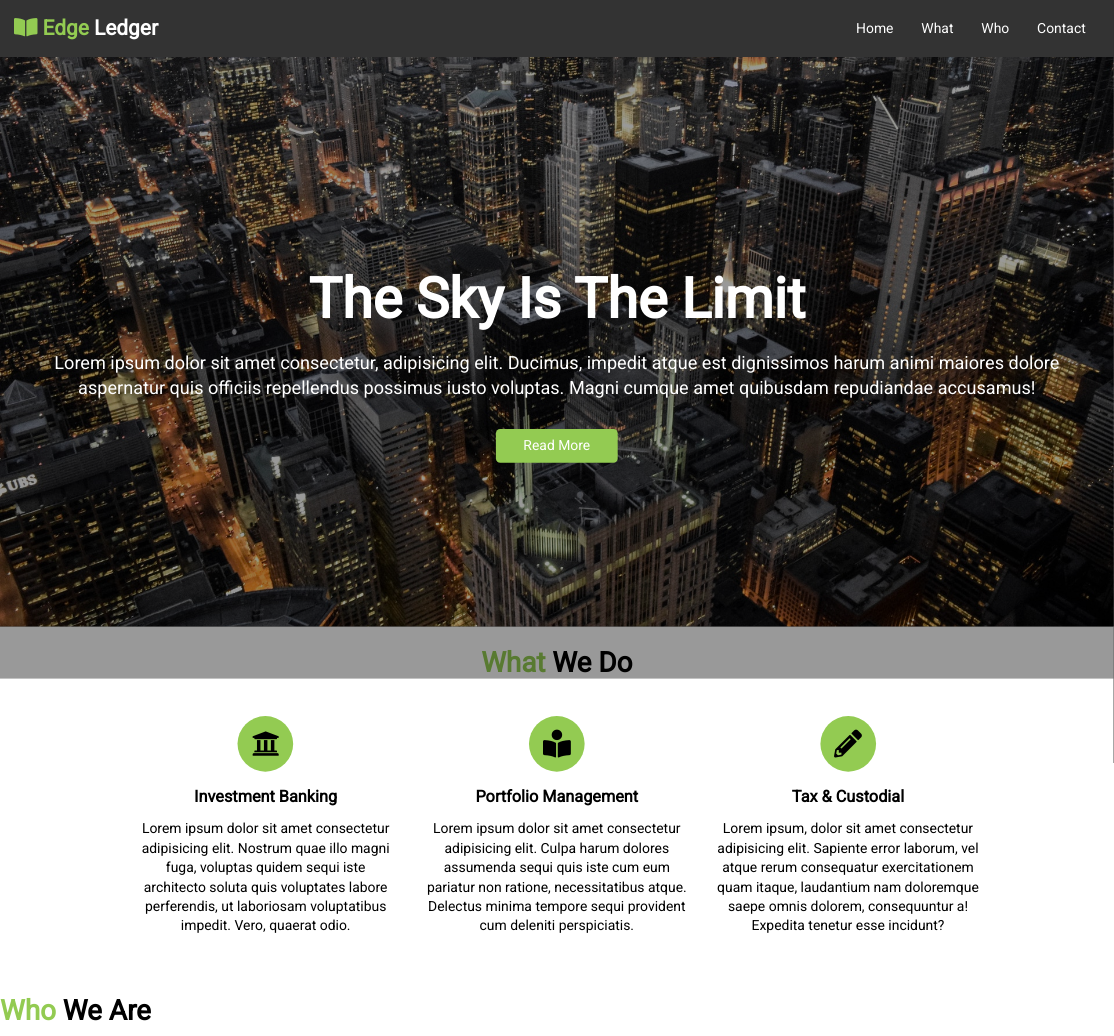
Repository: minhtien9/EdgeLedger-Financial-Web
Page: index.html
An editor plug-in stored every save of this project. The page is shown before and after the next save, followed by the edit.
The browser window is 1280 px wide. The pictures show the whole page, at 87% of full size.

Above is the page before, as saved 2021-08-16 22:29:25.

### index.html
<!DOCTYPE html>
<html lang="en">

<head>
    <meta charset="UTF-8" />
    <meta http-equiv="X-UA-Compatible" content="IE=edge" />
    <meta name="viewport" content="width=device-width, initial-scale=1.0" />
    <link rel="stylesheet" href="https://cdnjs.cloudflare.com/ajax/libs/font-awesome/5.15.4/css/all.min.css" integrity="sha512-1ycn6IcaQQ40/MKBW2W4Rhis/DbILU74C1vSrLJxCq57o941Ym01SwNsOMqvEBFlcgUa6xLiPY/NS5R+E6ztJQ==" crossorigin="anonymous" referrerpolicy="no-referrer"
    />
    <link rel="stylesheet" media="screen and (max-width:768px)" href="css/mobile.css" />
    <link rel="stylesheet" media="screen  and (min-width:1100)" href="css/widescreen.css" />
    <link rel="stylesheet" href="css/style.css" />
    <title>EdgeLedger Financial | Accounting & Investment</title>
</head>

<body id="home">
    <!-- Navbar -->
    <nav id="navbar">
        <h1 class="logo">
            <span class="text-primary"> <i class="fas fa-book-open"></i> Edge </span
        >Ledger
      </h1>
      <ul>
        <li><a href="#home">Home</a></li>
        <li><a href="#what">What</a></li>
        <li><a href="#who">Who</a></li>
        <li><a href="#contact">Contact</a></li>
      </ul>
    </nav>
    <!-- Header: Showcase -->
    <header id="showcase">
      <div class="showcase-content">
        <h1 class="l-heading">The Sky Is The Limit</h1>
        <p class="lead">
          Lorem ipsum dolor sit amet consectetur, adipisicing elit. Ducimus,
          impedit atque est dignissimos harum animi maiores dolore aspernatur
          quis officiis repellendus possimus iusto voluptas. Magni cumque amet
          quibusdam repudiandae accusamus!
        </p>
        <a href="#what" class="btn">Read More</a>
      </div>
    </header>
    <!-- Section: What We Do -->
    <section id="what" class="bg-ligh py-1">
      <div class="container">
        <h2 class="m-heading text-center">
          <span class="text-primary">What</span> We Do
            </h2>
            <div class="items">
                <div class="item">
                    <i class="fas fa-university fa-2x"></i>
                    <div>
                        <h3>Investment Banking</h3>
                        <p>
                            Lorem ipsum dolor sit amet consectetur adipisicing elit. Nostrum quae illo magni fuga, voluptas quidem sequi iste architecto soluta quis voluptates labore perferendis, ut laboriosam voluptatibus impedit. Vero, quaerat odio.
                        </p>
                    </div>
                </div>
                <div class="item">
                    <i class="fas fa-book-reader fa-2x"></i>
                    <div>
                        <h3>Portfolio Management</h3>
                        <p>
                            Lorem ipsum dolor sit amet consectetur adipisicing elit. Culpa harum dolores assumenda sequi quis iste cum eum pariatur non ratione, necessitatibus atque. Delectus minima tempore sequi provident cum deleniti perspiciatis.
                        </p>
                    </div>
                </div>
                <div class="item">
                    <i class="fas fa-pencil-alt fa-2x"></i>
                    <div>
                        <h3>Tax & Custodial</h3>
                        <p>
                            Lorem ipsum, dolor sit amet consectetur adipisicing elit. Sapiente error laborum, vel atque rerum consequatur exercitationem quam itaque, laudantium nam doloremque saepe omnis dolorem, consequuntur a! Expedita tenetur esse incidunt?
                        </p>
                    </div>
                </div>
            </div>
            </div>
            </section>

            <!-- Section :Who We Are -->
            <section id="who">
                <div class="who-img"></div>
                <div class="who-text bg-dark p-2">
                    <h2 class="m-heading"><span class="text-primary">Who</span> We Are</h2>
                </div>
            </section>
</body>

</html>

### css/style.css
@import url('https://fonts.googleapis.com/css2?family=Roboto&display=swap');
* {
    box-sizing: border-box;
    margin: 0;
    padding: 0;
}

body {
    font-family: 'Roboto', sans-serif;
    line-height: 1.4;
}

a {
    text-decoration: none;
}

p {
    margin: 0.75rem 0;
}


/* Utility Classes */

.container {
    max-width: 1100px;
    margin: auto;
    padding: 0 2rem;
    overflow: hidden;
}

.text-center {
    text-align: center;
}

.text-primary {
    color: #93cb52;
}

.l-heading {
    font-size: 4rem;
    margin-bottom: 0.75rem;
    line-height: 1.1;
}

.m-heading {
    font-size: 2rem;
    margin-bottom: 0.75rem;
    line-height: 1.1;
}

.lead {
    font-size: 1.3rem;
    margin-bottom: 2rem;
}

.py-1 {
    padding: 1.5rem 0;
}

.py-2 {
    padding: 2rem 0;
}

.py-3 {
    padding: 3rem 0;
}

.btn {
    display: inline-block;
    color: #fff;
    background: #93cb52;
    padding: 0.5rem 2rem;
    border: none;
    border-radius: 5px;
}

.btn:hover {
    background: #7ab436;
}

.btn-dark {
    background: #333;
    color: #fff;
}


/* Navbar */

#navbar {
    display: flex;
    top: 0;
    background: #333;
    color: #fff;
    justify-content: space-between;
    z-index: 1;
    padding: 1rem;
    position: fixed;
    width: 100%;
}

#navbar ul {
    display: flex;
    align-items: center;
    list-style: none;
}

#navbar ul li a {
    color: #fff;
    padding: 0.75rem;
    margin: 0 0.25rem;
}

#navbar ul li a:hover {
    background: #93cb52;
    border-radius: 5px;
}


/* Showcase */

#showcase {
    background: #333 url('../img/showcase.jpg') no-repeat center center/cover;
    height: 100vh;
    color: #fff;
}

#showcase .showcase-content {
    display: flex;
    flex-direction: column;
    text-align: center;
    justify-content: center;
    align-items: center;
    height: 100%;
    padding: 0 2rem;
    /* Overlay */
    position: absolute;
    top: 60px;
    left: 0;
    right: 0;
    bottom: 0;
    background-color: rgba(0, 0, 0, 0.4);
}


/* Section: What We Do */

#what .items {
    display: flex;
    padding: 1rem;
}

#what .items .item {
    flex: 1;
    text-align: center;
    padding: 1rem;
}

#what .items .item i {
    background: #93cb52;
    padding: 1rem;
    border-radius: 50%;
    margin-bottom: 1rem;
}

Loaded but not shown: css/mobile.css (no stored copy; drawn as an empty file); css/widescreen.css (no stored copy; drawn as an empty file)

After the next save:
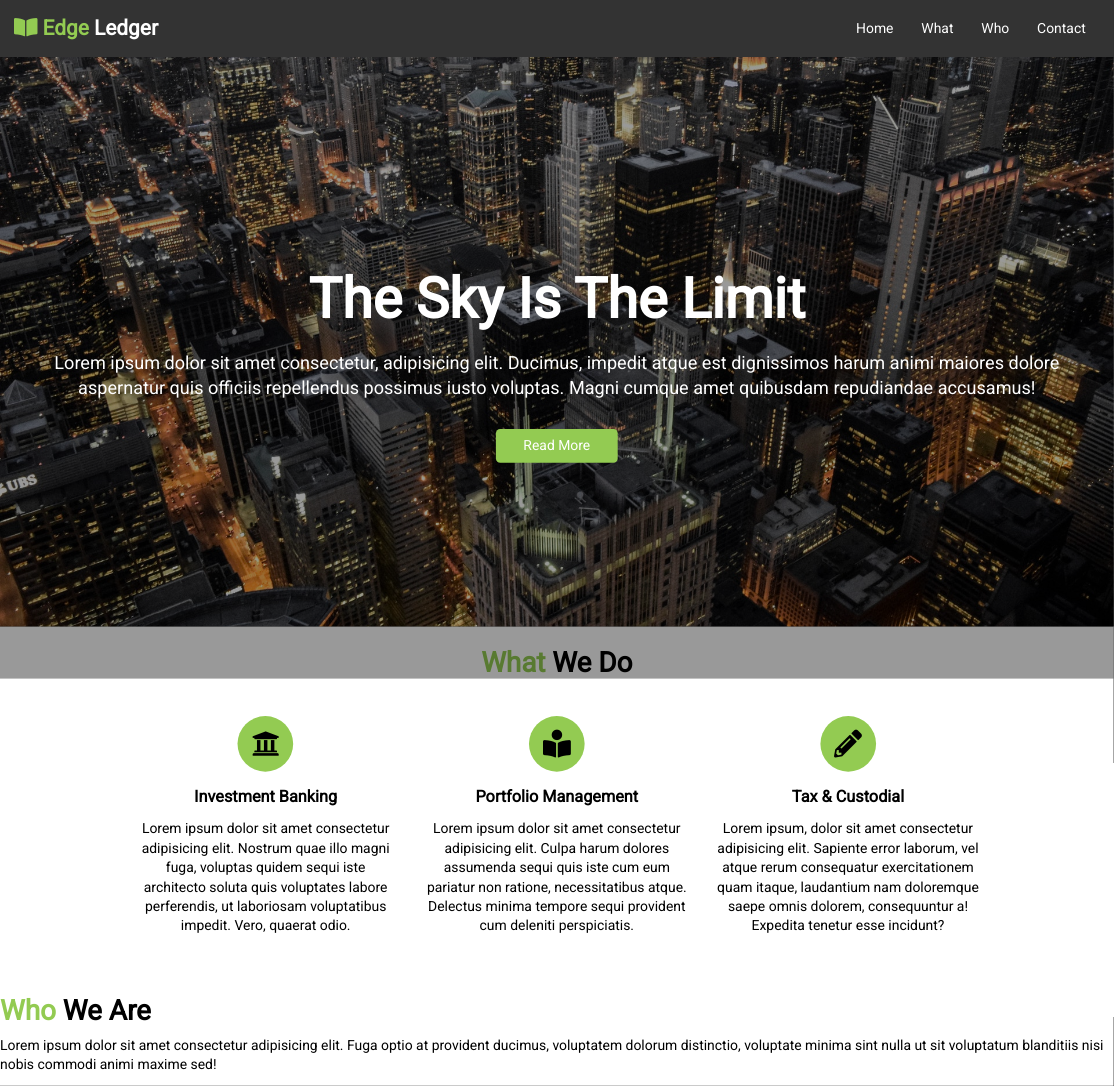
Saved 8 s later.
--- a/index.html
+++ b/index.html
@@ -83,6 +83,9 @@
                 <div class="who-img"></div>
                 <div class="who-text bg-dark p-2">
                     <h2 class="m-heading"><span class="text-primary">Who</span> We Are</h2>
+                    <p>
+                        Lorem ipsum dolor sit amet consectetur adipisicing elit. Fuga optio at provident ducimus, voluptatem dolorum distinctio, voluptate minima sint nulla ut sit voluptatum blanditiis nisi nobis commodi animi maxime sed!
+                    </p>
                 </div>
             </section>
 </body>
